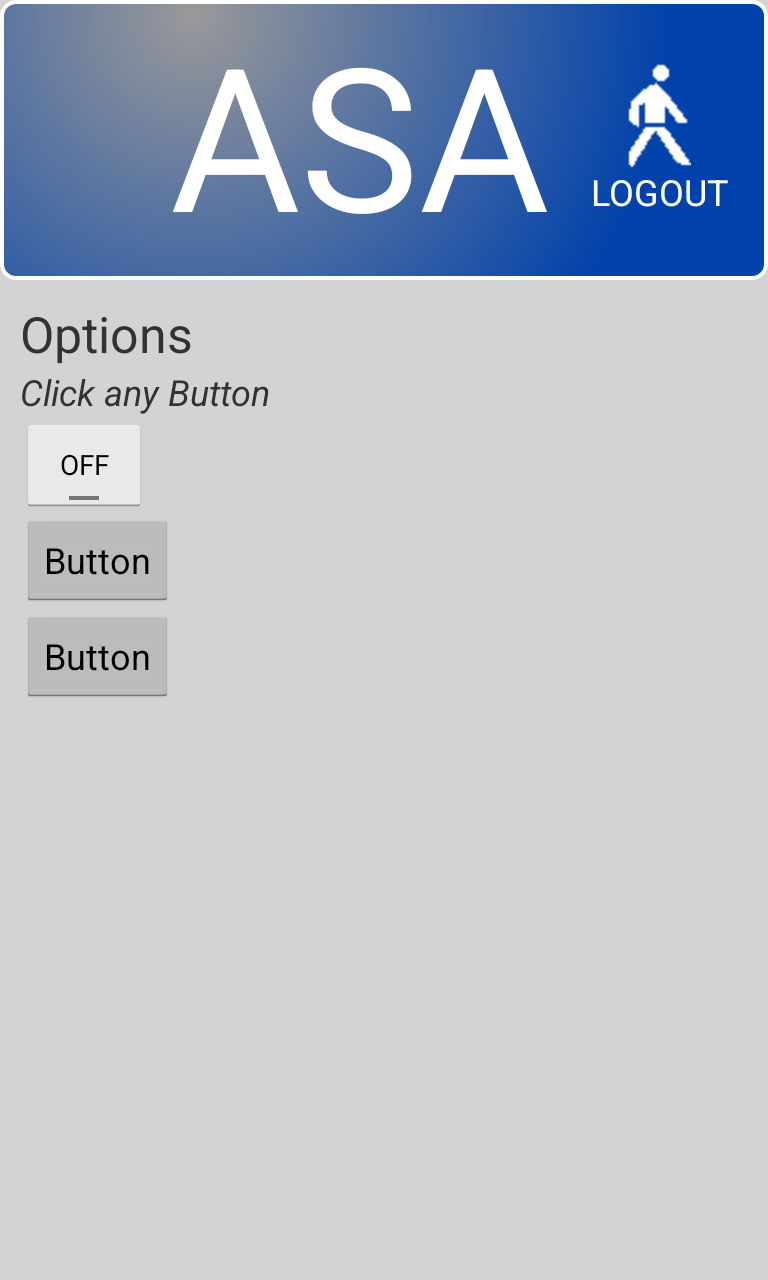
Repository: vinnare89/ASA
Layout: ASA/res/layout/asa_layout.xml
An editor plug-in stored every save of this project. The layout is shown before and after the next save, followed by the edit.
It is drawn on a 768 x 1280 px phone screen (xhdpi) without system bars, with theme AppTheme; the app's code is not run.

Above is the layout before, as saved 2013-12-15 15:19:55.

### ASA/res/layout/asa_layout.xml
<?xml version="1.0" encoding="utf-8"?>
<LinearLayout xmlns:android="http://schemas.android.com/apk/res/android"
    android:layout_width="match_parent"
    android:layout_height="match_parent"
    android:background="#d3d3d3"
    android:orientation="vertical" >

    <RelativeLayout
        android:layout_width="match_parent"
        android:layout_height="wrap_content"
        android:background="@drawable/asa_header_background" >

        <TextView
            android:id="@+id/asa_header"
            android:layout_width="match_parent"
            android:layout_height="wrap_content"
            android:gravity="center_vertical|center_horizontal"
            android:text="@string/app_name_italic"
            android:textColor="#FFF"
            android:textSize="100sp" />

        <Button
            android:id="@+id/asa_logout_button"
            android:layout_width="wrap_content"
            android:layout_height="wrap_content"
            android:layout_alignParentRight="true"
            android:layout_centerVertical="true"
            android:layout_margin="20dp"
            android:background="@android:color/transparent"
            android:drawableTop="@drawable/mensch_small"
            android:text="@string/main_menu_logout"
            android:textColor="#FFF" />

        <View
            android:layout_width="fill_parent"
            android:layout_height="140dp"
            android:layout_alignParentLeft="true"
            android:layout_alignParentTop="true"
            android:layout_below="@id/asa_logout_button"
            android:background="@android:color/transparent" />
    </RelativeLayout>

    <RelativeLayout
        android:layout_width="fill_parent"
        android:layout_height="fill_parent"
        android:gravity="center_horizontal" >

        <LinearLayout
            android:layout_width="wrap_content"
            android:layout_height="fill_parent"
            android:layout_alignParentLeft="true"
            android:layout_margin="@dimen/asa_margin_top"
            android:orientation="vertical" >

            <TextView
                android:id="@+id/textView3"
                android:layout_width="wrap_content"
                android:layout_height="wrap_content"
                android:text="@string/asa_control_header"
                android:textSize="25sp" />

            <TextView
                android:id="@+id/textView4"
                android:layout_width="wrap_content"
                android:layout_height="wrap_content"
                android:text="@string/asa_control_subheader"
                android:textSize="18sp"
                android:textStyle="italic" />

            <ToggleButton
                android:id="@+id/toggleButton1"
                android:layout_width="wrap_content"
                android:layout_height="wrap_content"
                android:text="ToggleButton" />

            <Button
                android:id="@+id/button1"
                android:layout_width="wrap_content"
                android:layout_height="wrap_content"
                android:text="Button" />

            <Button
                android:id="@+id/button2"
                android:layout_width="wrap_content"
                android:layout_height="wrap_content"
                android:text="Button" />

            <LinearLayout
                android:id="@+id/control_room_layout_background"
                android:layout_width="fill_parent"
                android:layout_height="wrap_content"
                android:orientation="vertical" >

                <!-- PLACE MAP HERE -->

            </LinearLayout>
        </LinearLayout>

        <LinearLayout
            android:layout_width="match_parent"
            android:layout_height="fill_parent"
            android:layout_alignParentRight="true"
            android:layout_margin="@dimen/asa_margin_top"
            android:orientation="vertical" >
        </LinearLayout>
    </RelativeLayout>

</LinearLayout>

### ASA/res/values/styles.xml
<resources xmlns:android="http://schemas.android.com/apk/res/android">

    <!--
        Base application theme, dependent on API level. This theme is replaced
        by AppBaseTheme from res/values-vXX/styles.xml on newer devices.
    -->
    <style name="AppBaseTheme" parent="android:Theme.Light">
        <!--
            Theme customizations available in newer API levels can go in
            res/values-vXX/styles.xml, while customizations related to
            backward-compatibility can go here.
        -->
    </style>

    <!-- Application theme. -->
    <style name="AppTheme" parent="AppBaseTheme">
        <!-- All customizations that are NOT specific to a particular API-level can go here. -->
        <item name="android:windowNoTitle">true</item>
    	<item name="android:windowFullscreen">true</item>
    </style>

    <style name="MainMenuButton" parent="@android:Theme.Light">
        <item name="android:layout_width">200px</item>
        <item name="android:layout_height">200px</item>
        <item name="android:textColor">#FFFFFF</item>
        <item name="android:textSize">25sp</item>
        <item name="android:background">@color/autobahn_blau</item>

        <item name="android:layout_margin">20dp</item>
    </style>

</resources>

### ASA/res/drawable/asa_header_background.xml
<?xml version="1.0" encoding="UTF-8"?>
<shape xmlns:android="http://schemas.android.com/apk/res/android"
     android:shape="rectangle">
     <stroke android:width="2dp" android:color="#FFFFFFFF" />
     <gradient android:layout_gravity="right" android:type="radial" android:gradientRadius="480"
        android:centerX="25%" android:centerY="5%"
        android:startColor="#999999" android:endColor="@color/autobahn_blau" />

    <corners android:bottomRightRadius="7dp" android:bottomLeftRadius="7dp"
     android:topLeftRadius="7dp" android:topRightRadius="7dp"/>
</shape>

### ASA/res/values/strings.xml
<?xml version="1.0" encoding="utf-8"?>
<resources>

    <string name="app_name">ASA</string>
    <string name="action_settings">Settings</string>
    <string name="hello_world">Hello world!</string>
    <string name="app_name_italic">ASA&#160;</string>

    <!-- Login Menu -->
    <string name="login_subheader">- Die Autofahrer Service App -</string>
    <string name="login_username">Username</string>
    <string name="login_password">Password</string>
    <string name="login_submit">Submit</string>

    <!-- Main Menu -->
    <string name="main_menu_lkw">LKW</string>
    <string name="main_menu_pkw">PKW</string>
    <string name="main_menu_bus">Bus</string>
    <string name="main_menu_alarm">Wecker</string>
    <string name="main_menu_activities">Aktivitäten</string>
    <string name="main_menu_information">Informationen</string>
    <string name="main_menu_logout">LOGOUT</string>

    <!-- Asa Activity -->
    <string name="asa_control_header">Options</string>
    <string name="asa_control_subheader">Click any Button</string>

</resources>

### ASA/res/values/color.xml
<?xml version="1.0" encoding="utf-8"?>
<resources>
    <color name="autobahn_blau">#0041AB</color>
</resources>

Loaded but not shown: ASA/res/values-v11/styles.xml (common file); ASA/res/values-v14/styles.xml (common file); ASA/res/values/dimens.xml (common file)

After the next save:
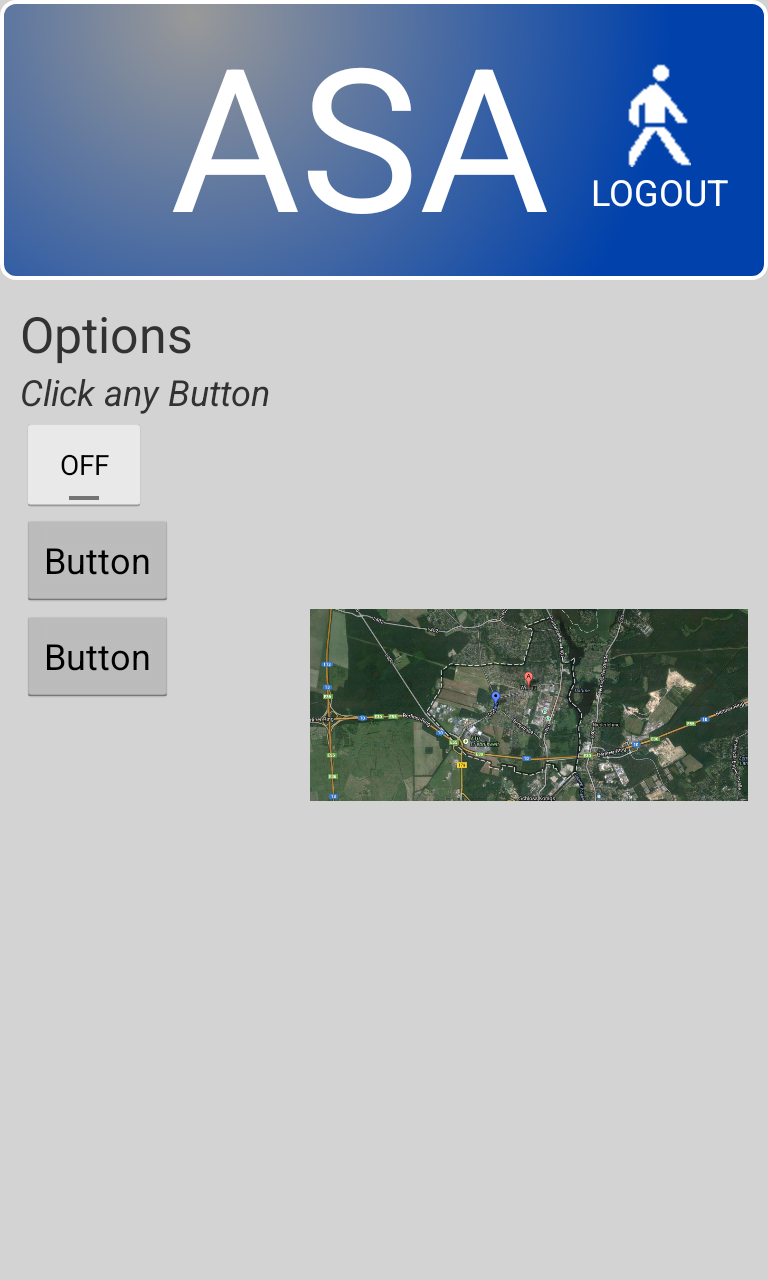
Saved 3 min 20 s later.
--- a/ASA/res/layout/asa_layout.xml
+++ b/ASA/res/layout/asa_layout.xml
@@ -40,7 +40,7 @@
             android:background="@android:color/transparent" />
     </RelativeLayout>
 
-    <RelativeLayout
+    <LinearLayout
         android:layout_width="fill_parent"
         android:layout_height="fill_parent"
         android:gravity="center_horizontal" >
@@ -102,7 +102,14 @@
             android:layout_alignParentRight="true"
             android:layout_margin="@dimen/asa_margin_top"
             android:orientation="vertical" >
+
+            <ImageView
+                android:id="@+id/imageView1"
+                android:layout_width="wrap_content"
+                android:layout_height="wrap_content"
+                android:src="@drawable/map_dummy" />
+
         </LinearLayout>
-    </RelativeLayout>
+    </LinearLayout>
 
 </LinearLayout>
